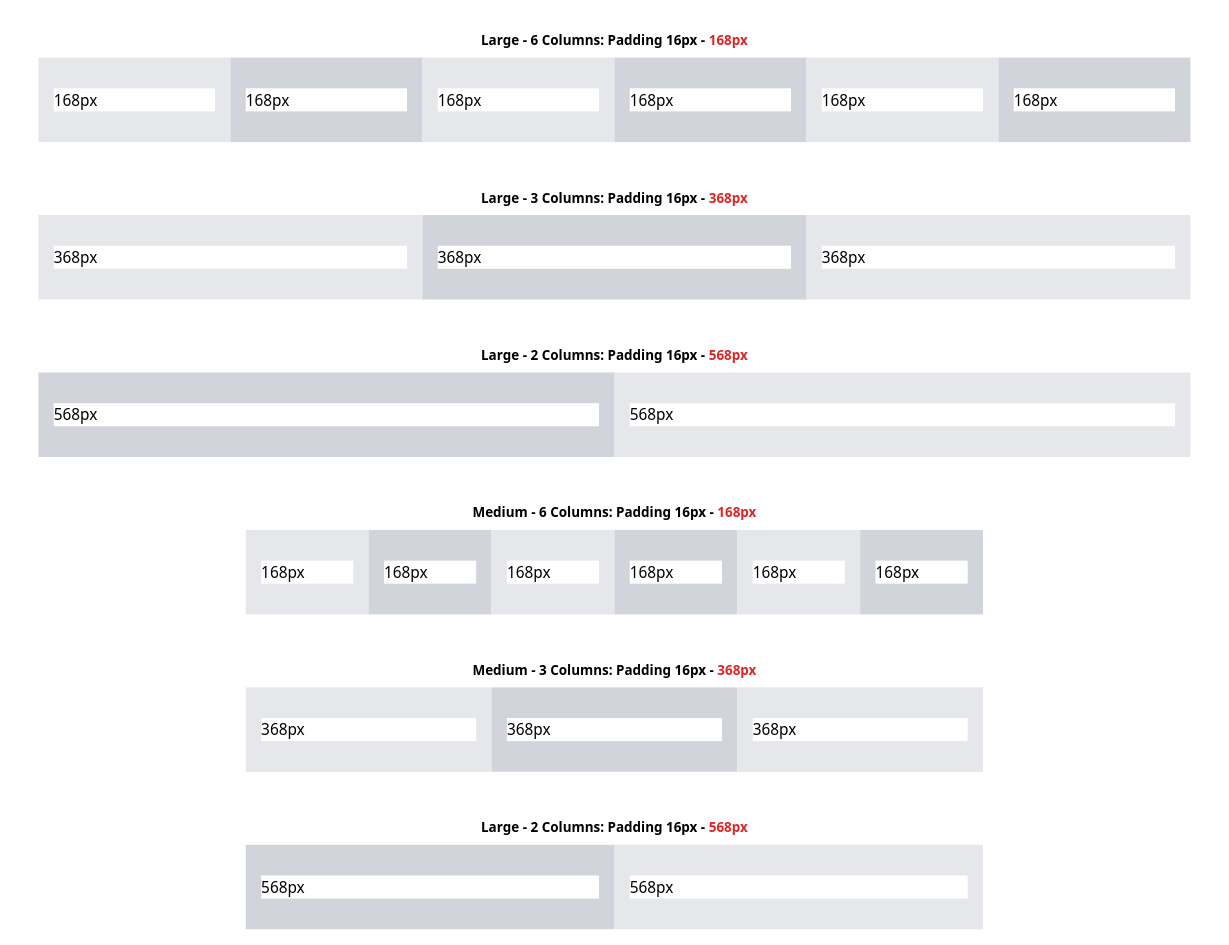
Repository: fabianwurk/vue-tailwind
Page: /
An editor plug-in stored every save of this project. The page is shown before and after the next save, followed by the edit.
The browser window is 1280 px wide. The pictures show the whole page, at 96% of full size.
The project was rebuilt for these pictures with package versions that can differ from the ones it lists, and the page was loaded fresh each time. Also part of the build but not shown: vite.config.js.

Above is the page before, as saved 2021-03-16 00:28:43.

After the next save:
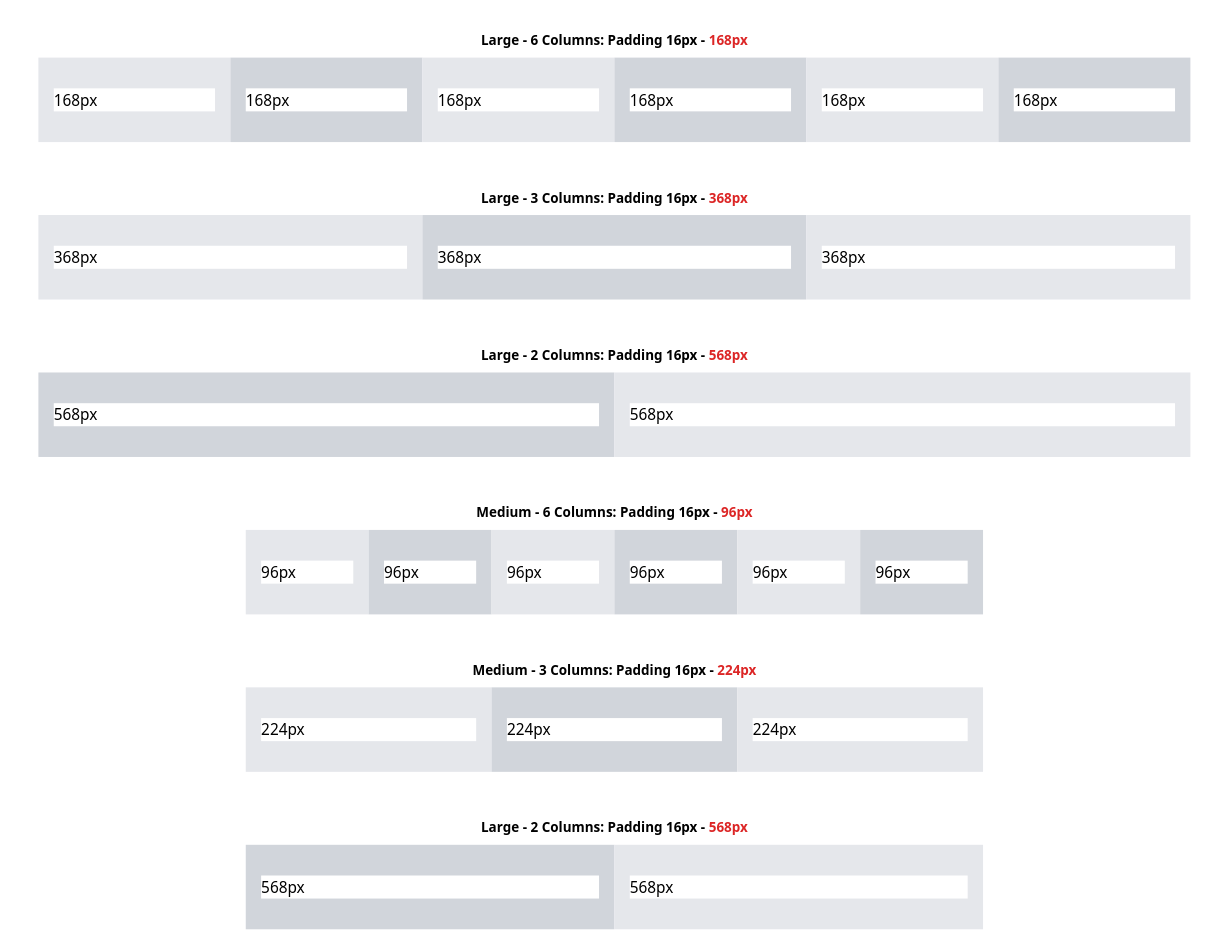
Saved 37 s later.
--- a/src/components/Medium.vue
+++ b/src/components/Medium.vue
@@ -59,8 +59,8 @@
 export default {
   data() {
     return {
-      sixColMd: "168px",
-      threeColMd: "368px",
+      sixColMd: "96px",
+      threeColMd: "224px",
       twoColMd: "568px",
     };
   },
